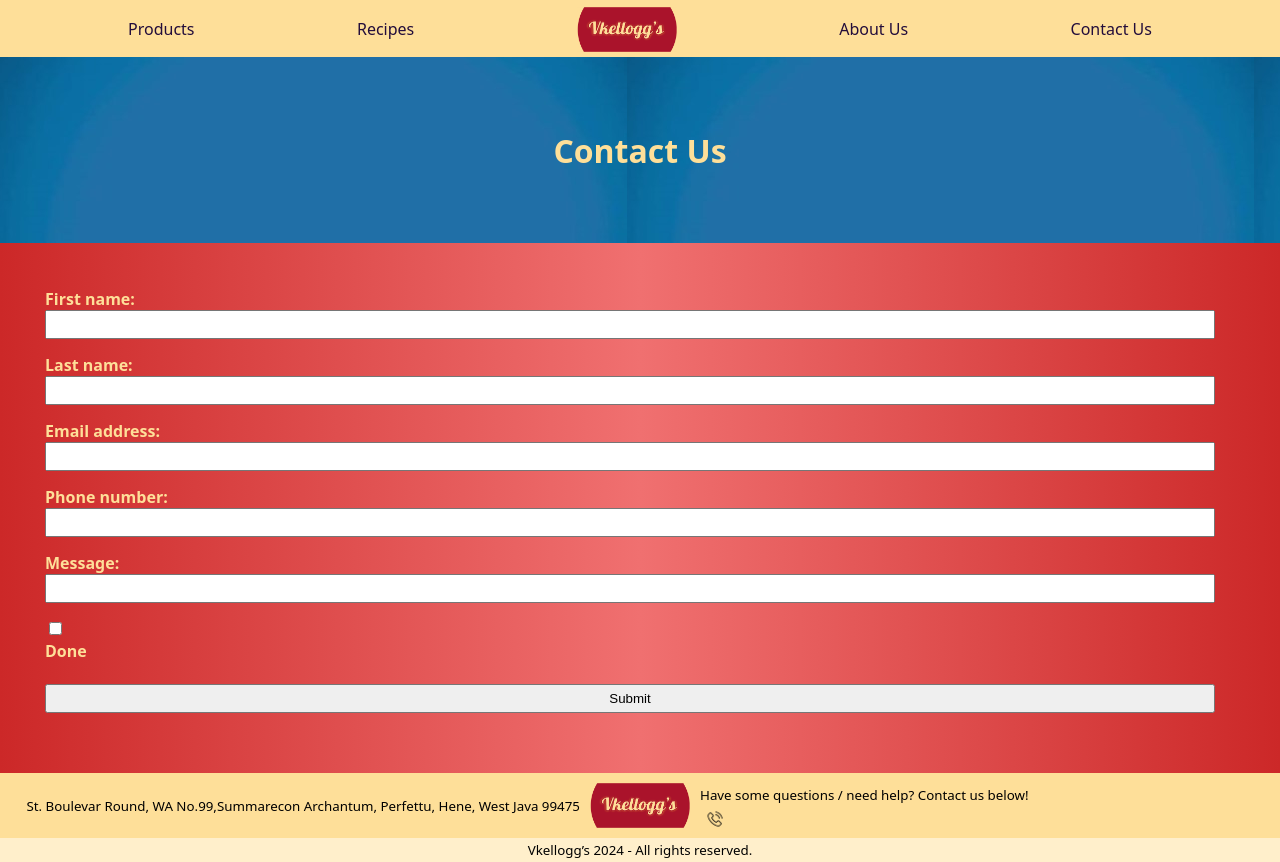
Repository: sugralld/VKelloggs
Page: Code and Assets/html/contactus.html
These files come from the project's save history. The page is drawn as it stood at one moment and after a run of saves; the edit follows.
The browser window is 1280 px wide. The pictures show the whole page.

Above is the page before, as saved 2024-12-03 20:58:51.

After the next 3 saves:
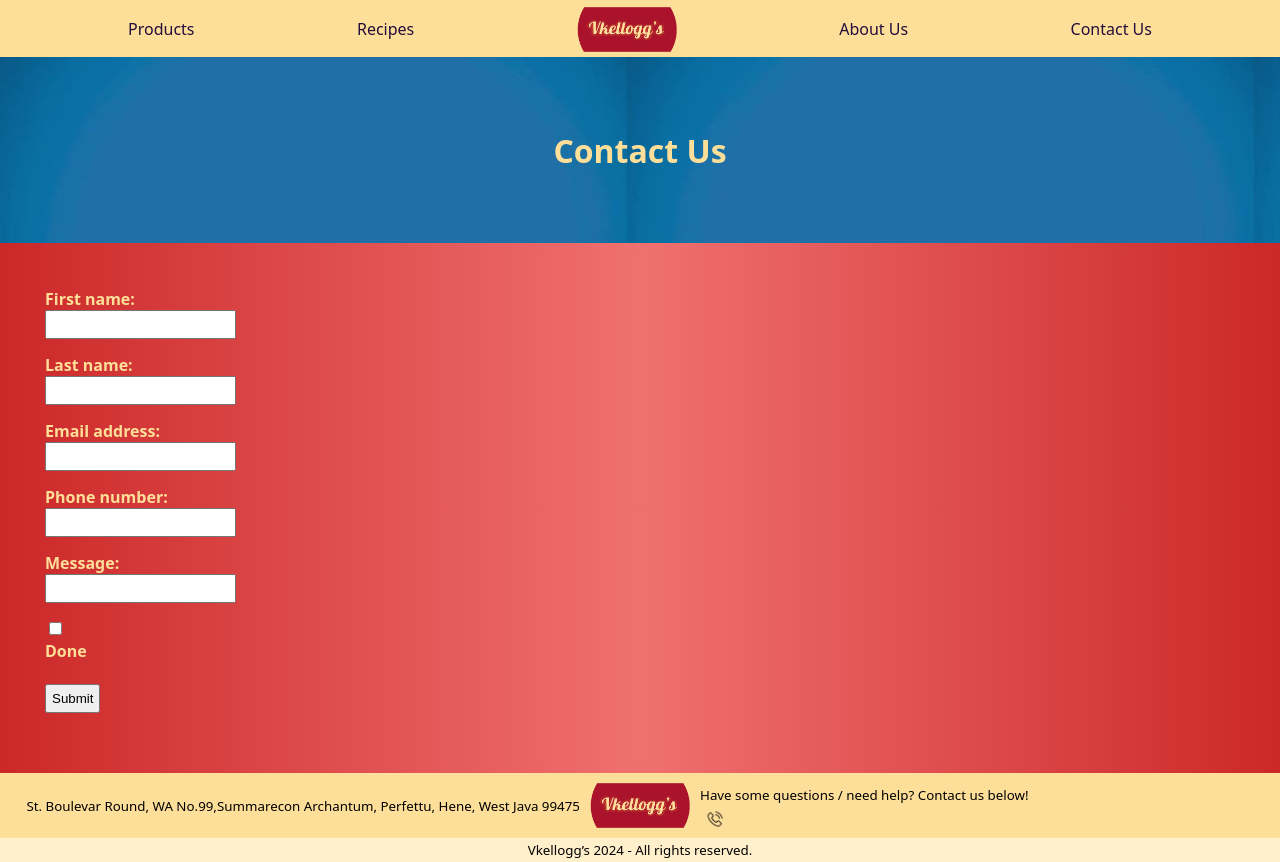
The 3 saves are shown as one change because they came seconds apart.
The last was saved 32 s later.
--- a/Code and Assets/css/contactus.css
+++ b/Code and Assets/css/contactus.css
@@ -19,7 +19,7 @@
 
 .form input[type="text"],
 .form button {
-    width: calc(100% - 20px); /* Lebar penuh dikurangi margin */
+    /* width: calc(100% - 20px); Lebar penuh dikurangi margin */
     max-width: 100%; /* Mencegah input melampaui layar */
     margin: 0 auto 15px; /* Jarak antar elemen */
     padding: 5px; /* Tambahkan padding untuk kenyamanan pengguna */

After the save that followed:
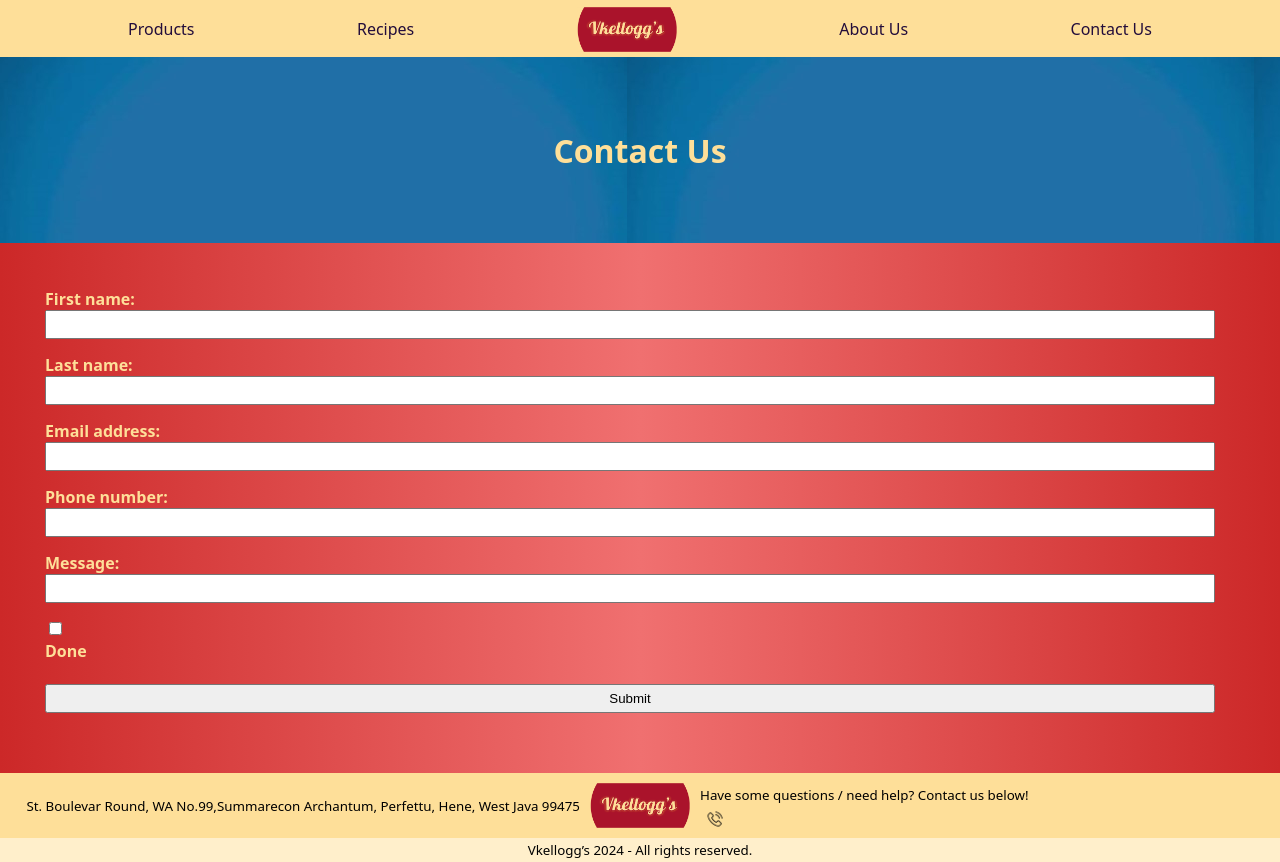
Saved 4 s later.
--- a/Code and Assets/css/contactus.css
+++ b/Code and Assets/css/contactus.css
@@ -19,7 +19,7 @@
 
 .form input[type="text"],
 .form button {
-    /* width: calc(100% - 20px); Lebar penuh dikurangi margin */
+    width: calc(100% - 20px); Lebar penuh dikurangi margin */
     max-width: 100%; /* Mencegah input melampaui layar */
     margin: 0 auto 15px; /* Jarak antar elemen */
     padding: 5px; /* Tambahkan padding untuk kenyamanan pengguna */
